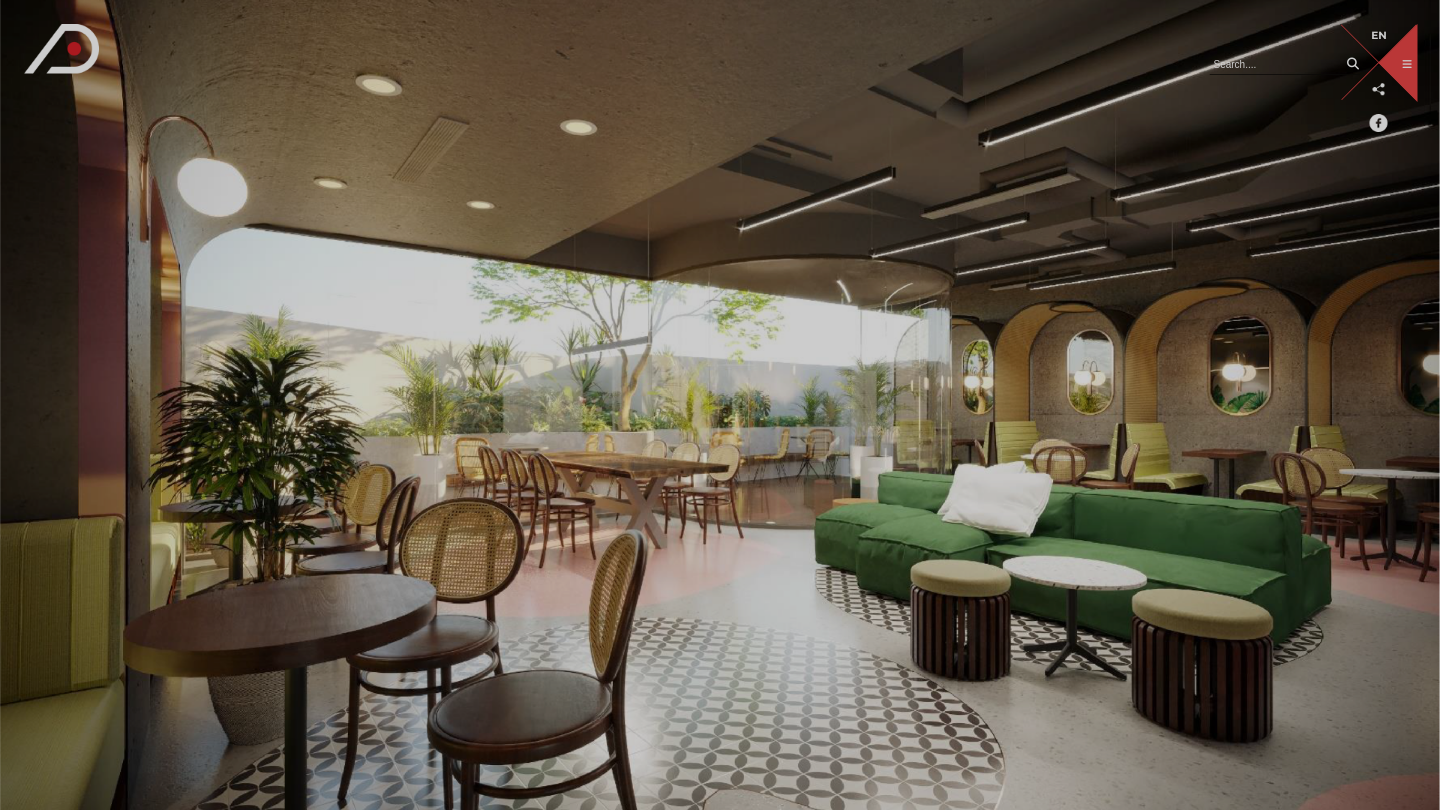
Repository: iphoneboy46/demoMonaFigma
Page: index.html
These files come from the project's save history. The page is drawn as it stood at one moment and after the next save; the edit follows.
The browser window is 1280 px wide. The page is 1920 px wide, so the pictures cover 1920 px, including what lies to the right of the window. The pictures show the whole page, at 75% of full size.
Some web libraries are served in a nearby version.

Above is the page before, as saved 2023-03-20 13:08:28.

### index.html
<!DOCTYPE html>
<html lang="en">
  <head>
    <meta charset="UTF-8" />
    <meta http-equiv="X-UA-Compatible" content="IE=edge" />
    <meta name="viewport" content="width=device-width, initial-scale=1.0" />
    <title>Demo Page</title>
    <link rel="stylesheet" href="style.css" />
    <link rel="preconnect" href="https://fonts.googleapis.com" />
    <link rel="preconnect" href="https://fonts.gstatic.com" crossorigin />
    <link
      href="https://fonts.googleapis.com/css2?family=Montserrat:wght@400;700&display=swap"
      rel="stylesheet"
    />
    <link
      rel="stylesheet"
      href="https://cdnjs.cloudflare.com/ajax/libs/font-awesome/6.3.0/css/all.min.css"
      integrity="sha512-SzlrxWUlpfuzQ+pcUCosxcglQRNAq/DZjVsC0lE40xsADsfeQoEypE+enwcOiGjk/bSuGGKHEyjSoQ1zVisanQ=="
      crossorigin="anonymous"
      referrerpolicy="no-referrer"
    />
  </head>
  <body>
    <header>
      <div class="header_top">
        <div class="header_top-logo">
          <img src="image/Layer 2 1.png" alt="" />
        </div>
        <div class="header_top-menu">
          <ul class="header_top-menu--list">
            <li class="header_top-menu--items">
              <div class="arrow-down">
                <div class="header_menu--item-1">EN</div>
              </div>
            </li>
            <li class="header_top-menu--items">
              <div class="arrow-right">
                <input placeholder="Search...."  type="text">
                <i class="fa-solid fa-magnifying-glass header_menu--item-2"></i>
              </div>
            </li>
            <li class="header_top-menu--items">
              <div class="arrow-left">
                <i class="fa-solid fa-bars header_menu--item-3"></i>
              </div>
            </li>
            <li class="header_top-menu--items">
              <div class="arrow-up">
                <img
                  class="header_menu--item-4"
                  src="image/path2191.png"
                  alt=""
                />


              </div>
              <ul class="header_menu--links">
                <li>
                    <a href="">
                        <img src="image/01.Facebook.png" alt="">
                    </a>
                </li>
            </ul>
            </li>
          </ul>
        </div>
      </div>
    </header>
    <script src="index.js"></script>
  </body>
</html>

### style.css
* {
    padding: 0;
    margin: 0;
    box-sizing: border-box;
}

body {
    width: 1920px;
    margin: 0 auto;

}

:root {
    --color-main: #e84545;
}

header {
    width: 1920px;
    height: 1080px;
    background: url(./image/img-pip@2x\ 1.png);
    background-size: 100%;
    background-repeat: no-repeat;
    filter: brightness(80%);
    z-index: 1;
    font-family: "Montserrat", sans-serif;
}



.header_top {
    display: flex;
    justify-content: space-between;
    padding: 32px;

}

.header_top-logo {}

.header_top-menu--list {
    color: white;
    list-style: none;
    position: relative;
    padding-right: 50px;
}

.header_top-menu--list::before {
    content: "";
    display: block;
    position: absolute;
    width: 141px;
    height: 1px;
    top: 0px;
    left: -120px;
    transform: rotate(45deg) translate(50%, 50%);
    background-color: var(--color-main);
}

.header_top-menu--list::after {
    content: "";
    display: block;
    position: absolute;
    width: 141px;
    height: 1px;
    top: 100px;
    left: -120px;
    transform: rotate(-45deg) translate(50%, 50%);
    background-color: var(--color-main);
}

.header_top-menu--items {
    position: relative;
    cursor: pointer;
}



.arrow-down {
    width: 0;
    height: 0;
    z-index: 1;
    border-top: 52px solid transparent;
    border-right: 52px solid transparent;
    border-left: 52px solid transparent;
    position: absolute;
    left: -104px;
    top: -26px;
    transform: translate(50%, 50%);
    transition: all linear 0.5s;

}



.arrow-up {
    width: 0;
    height: 0;
    border-bottom: 52px solid transparent;
    border-right: 52px solid transparent;
    border-left: 52px solid transparent;
    position: absolute;
    transform: translate(50%, 50%);
    left: -103px;
    top: 25px;

    transition: all linear 0.5s;
}



.arrow-left {
    width: 0;
    height: 0;
    border-top: 52px solid transparent;
    border-bottom: 52px solid transparent;
    border-left: 52px solid transparent;
    position: absolute;
    transform: translate(50%, 50%);
    top: -50px;
    left: -75px;
    transition: all linear 0.5s;

}


.arrow-right {
    width: 0;
    height: 0;
    border-top: 52px solid transparent;
    border-bottom: 52px solid transparent;
    border-right: 52px solid #E84545;
    position: absolute;
    right: -52px;

    transition: all linear 0.5s;

}

.arrow-right>input {
    position: absolute;
    top: -10px;
    right: 25px;
    width: 200px;
    background-color: transparent;
    padding: 5px;
    color: white;
    outline: none;
    border: none;
    border-bottom: 1px solid #0C0B09;
    z-index: 5;
}

.arrow-right>input::placeholder{
    color:white;
}

.arrow-right>input:focus{
    border-bottom: 1px solid #ffffff;
}



.header_menu--item-1 {


    position: absolute;
    top: -85px;
    left: -50px;
    transform: translate(50%, 50%);
    color: white;
    font-size: 14px;
    font-weight: 700;
    padding: 15px;
    z-index: 10;
}

.header_menu--item-2 {
    position: absolute;
    top: -45px;
    left: -80px;
    transform: translate(50%, 50%);
    color: white;

    font-size: 16px;
    font-weight: 700;
    padding: 15px;
    z-index: 10;
}

.header_menu--item-3 {
    position: absolute;
    top: -45px;
    right: -35px;
    transform: translate(50%, 50%);
    color: white;
    font-size: 14px;
    font-weight: 700;
    padding: 15px;
    z-index: 10;
}

.header_menu--item-4 {
    position: absolute;


    top: -10px;
    left: -47px;
    transform: translate(50%, 50%);
    color: white;
    font-size: 14px;
    font-weight: 700;
    padding: 15px;
    z-index: 10;
}

.header_menu--links{
    position: absolute;
    top:120px;
    left: -12px;
    list-style: none;
}

Loaded but not shown: index.js (no stored copy; drawn as an empty file)

After the next save:
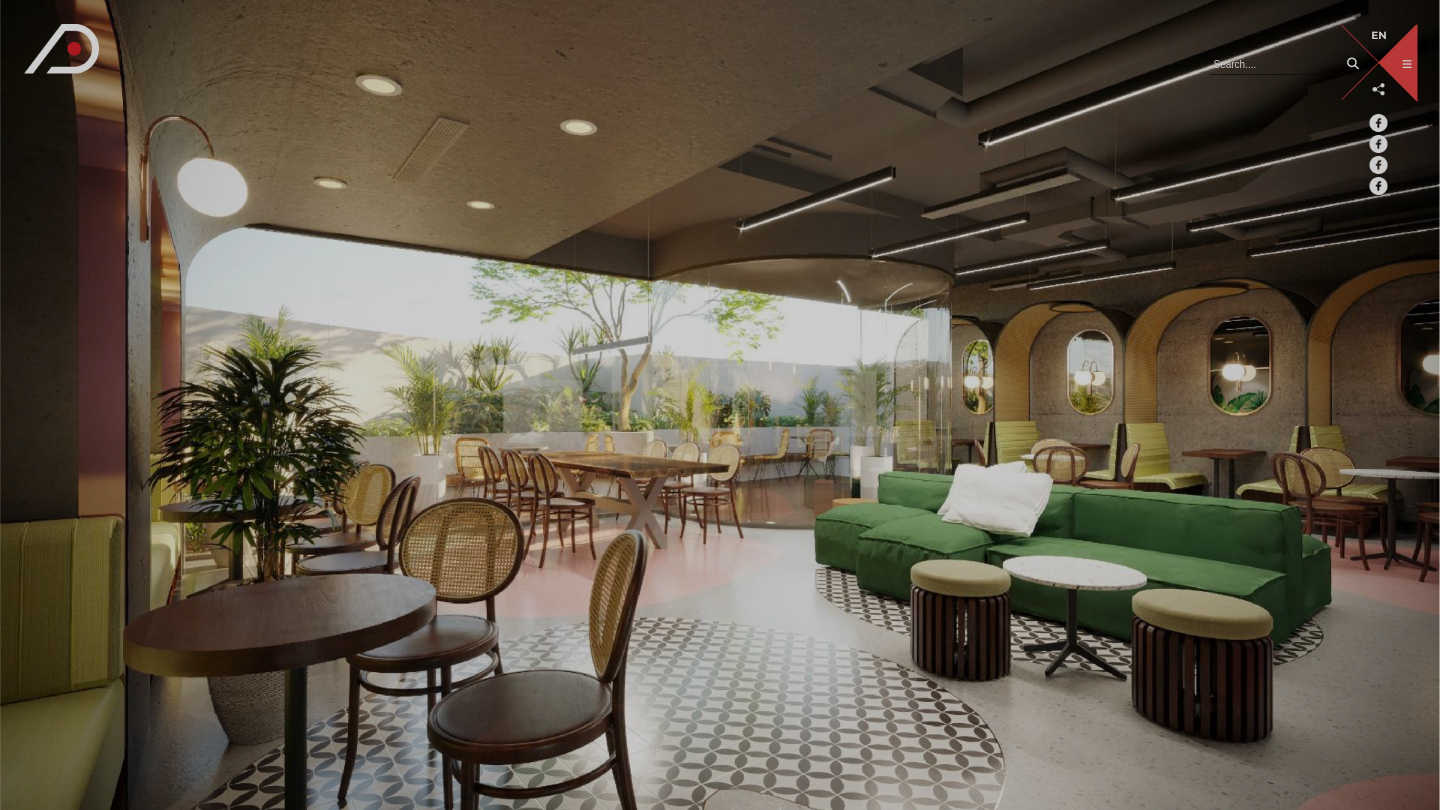
Saved 9 s later.
--- a/index.html
+++ b/index.html
@@ -60,6 +60,21 @@
                         <img src="image/01.Facebook.png" alt="">
                     </a>
                 </li>
+                <li>
+                    <a href="">
+                        <img src="image/01.Facebook.png" alt="">
+                    </a>
+                </li>
+                <li>
+                    <a href="">
+                        <img src="image/01.Facebook.png" alt="">
+                    </a>
+                </li>
+                <li>
+                    <a href="">
+                        <img src="image/01.Facebook.png" alt="">
+                    </a>
+                </li>
             </ul>
             </li>
           </ul>
